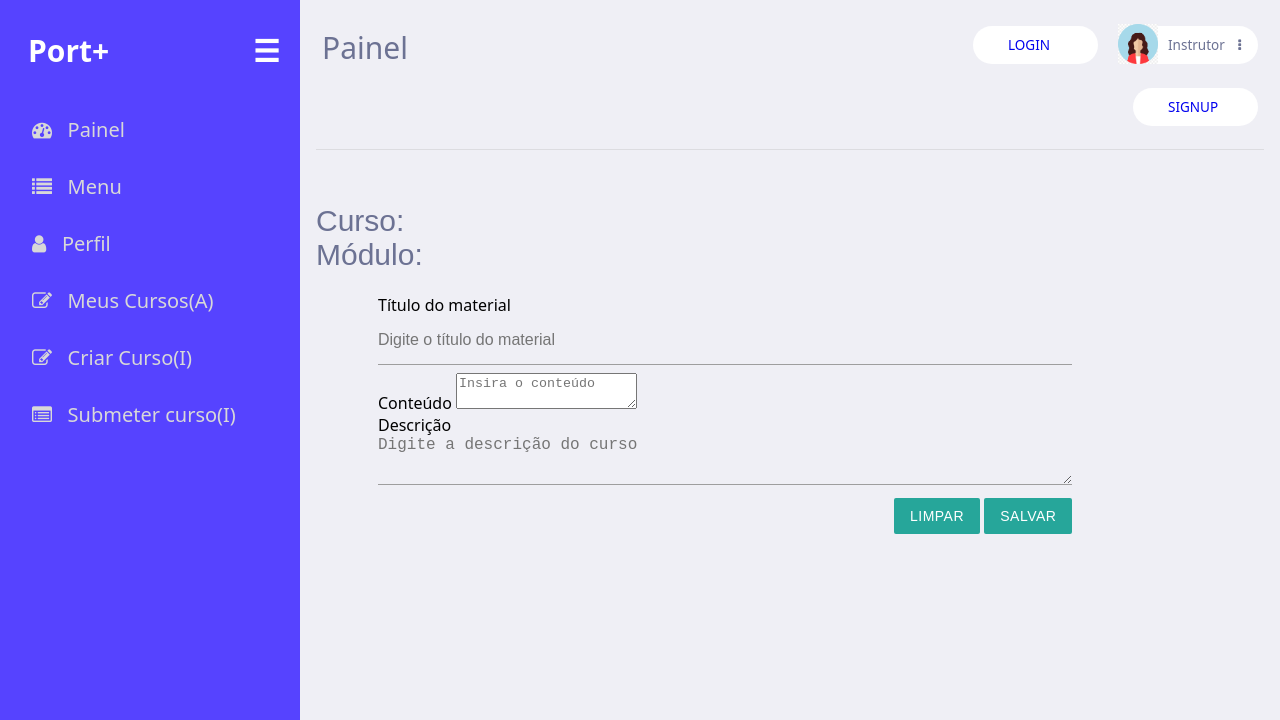
Repository: LauraMViana/Port-plus
Page: http://localhost/portPlus/criarCurso/addConteudo
These files come from the project's save history. The page is drawn as it stood at one moment and after the next save; the edit follows.
The browser window is 1280 px wide. The pictures show the whole page.
The page is this project's Thymeleaf template; nobody is signed in. The template is opened directly, without the code that normally fills it, so the values that code supplies are empty.

Above is the page before, as saved 2021-12-28 14:51:59.

After the next save:
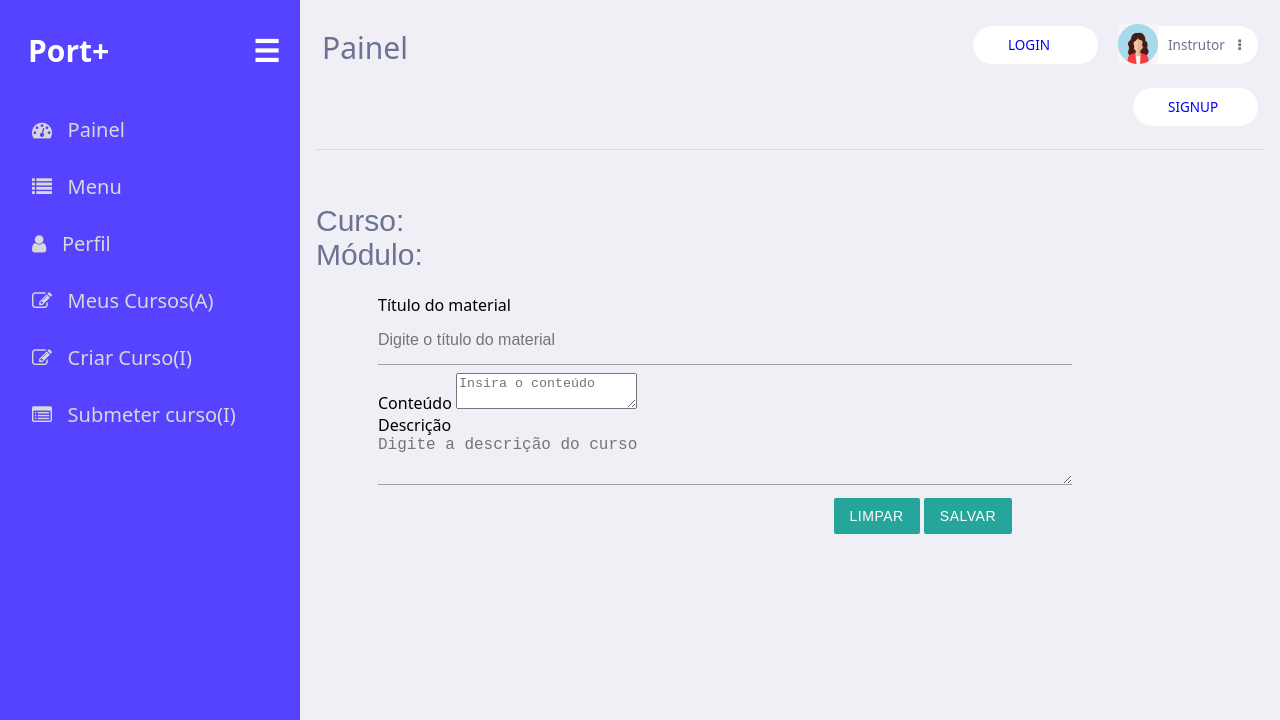
Saved 52 s later.
--- a/port/src/main/resources/templates/portPlus/criarCurso/addConteudo.html
+++ b/port/src/main/resources/templates/portPlus/criarCurso/addConteudo.html
@@ -34,7 +34,7 @@
 					<textarea placeholder="Insira o conteúdo" id="mc" class="validate"
 						th:field="${material.conteudo}"></textarea>
 				</div>
-				<div class="input-field">
+				<divclass="input-field">
 					<label for="textarea1">Descrição</label>
 					<textarea placeholder="Digite a descrição do curso" id="textarea1"
 						class="materialize-textarea"th:field="${material.conteudo}"></textarea>

After the save that followed:
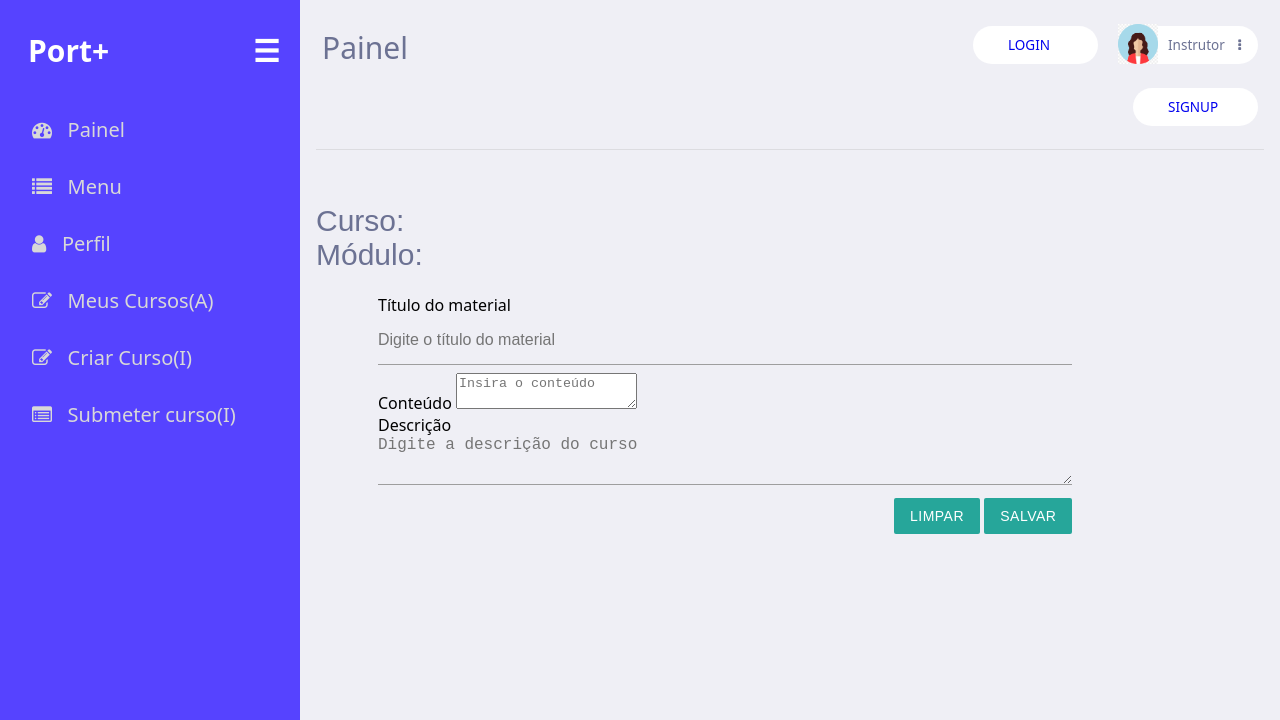
Saved 4 s later.
--- a/port/src/main/resources/templates/portPlus/criarCurso/addConteudo.html
+++ b/port/src/main/resources/templates/portPlus/criarCurso/addConteudo.html
@@ -34,7 +34,7 @@
 					<textarea placeholder="Insira o conteúdo" id="mc" class="validate"
 						th:field="${material.conteudo}"></textarea>
 				</div>
-				<divclass="input-field">
+				<div class="input-field">
 					<label for="textarea1">Descrição</label>
 					<textarea placeholder="Digite a descrição do curso" id="textarea1"
 						class="materialize-textarea"th:field="${material.conteudo}"></textarea>
